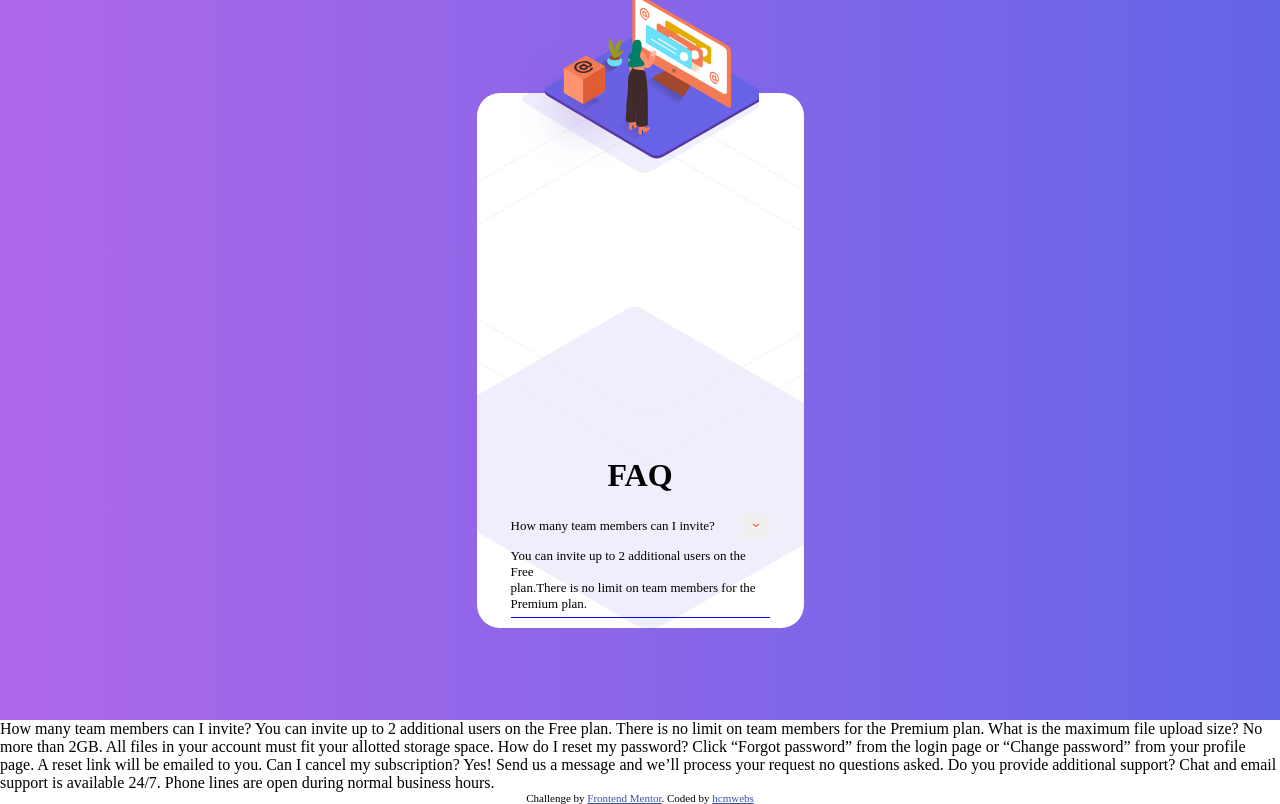
Repository: Hcmwebs/faq-accordion-card
Page: index.html
These files come from the project's save history. The page is drawn as it stood at one moment and after the next save; the edit follows.
The browser window is 1280 px wide. The pictures show the whole page.
The style sheet was rebuilt from its Sass, Less or Tailwind sources for each picture, by a compiler version that may differ from the author's.

Above is the page before, as saved 2020-11-06 10:39:46.

### index.html
<!DOCTYPE html>
<html lang="en">
  <head>
    <meta charset="UTF-8" />
    <meta name="viewport" content="width=device-width, initial-scale=1.0" />
    <!-- displays site properly based on user's device -->

    <link
      rel="icon"
      type="image/png"
      sizes="32x32"
      href="./images/favicon-32x32.png"
    />
    <link rel="stylesheet" href="css/main.min.css" />

    <title>Frontend Mentor | FAQ Accordion Card</title>

    <!-- Feel free to remove these styles or customise in your own stylesheet 👍 -->
    <style>
      .attribution {
        font-size: 11px;
        text-align: center;
      }
      .attribution a {
        color: hsl(228, 45%, 44%);
      }
    </style>
  </head>
  <body>
    <div class="container">
      <div class="card">
        <div class="card__header">
          <img
            src="/images/illustration-woman-online-mobile.svg"
            alt="image of a woman online"
          />
        </div>

        <div class="card__body">
          <h1 class="card__body--title">faq</h1>
          <div class="card__body--item">
            <div class="card__body--item--title">
              <h2>How many team members can I invite?</h2>
              <button>
                <img src="/images/icon-arrow-down.svg" alt="icon-arrow-down" />
              </button>
            </div>
            <p>
              You can invite up to 2 additional users on the Free <br />
              plan.There is no limit on team members for the Premium plan.
            </p>
            <div class="card__body--item--divider"></div>
          </div>
        </div>
      </div>
    </div>

    How many team members can I invite? You can invite up to 2 additional users
    on the Free plan. There is no limit on team members for the Premium plan.
    What is the maximum file upload size? No more than 2GB. All files in your
    account must fit your allotted storage space. How do I reset my password?
    Click “Forgot password” from the login page or “Change password” from your
    profile page. A reset link will be emailed to you. Can I cancel my
    subscription? Yes! Send us a message and we’ll process your request no
    questions asked. Do you provide additional support? Chat and email support
    is available 24/7. Phone lines are open during normal business hours.

    <div class="attribution">
      Challenge by
      <a href="https://www.frontendmentor.io?ref=challenge" target="_blank"
        >Frontend Mentor</a
      >. Coded by
      <a
        href="https://github.com/Hcmwebs/faq-accordion-card.git"
        target="_blank"
        rel="noopener noreferrer"
        >hcmwebs</a
      >
    </div>
  </body>
</html>

### scss/main.scss

// /*====fonts====*/

// @import url('https://fonts.googleapis.com/css2?family=Kumbh+Sans:wght@400;700&display=swap');

// $font-stack: 'Kumbh Sans',sans-serif;
// $font-size: 10px;
// $font-light: 400;
// $font-bold: 700;


// /*====primary color====*/
// /*====text-color====*/

// $veryDarkDesaturatedBlue: hsl(238, 29%, 16%);
// $softRed: hsl(14, 88%, 65%);

// /*====background -gradient====*/

// $gradientSoftViolet: hsl(273, 75%, 66%);
// $gradientSoftBlue: hsl(240, 73%, 65%);

// /*====Neutral color====*/
// /*====text-color====*/

// $veryDarkGrayishBlue: hsl(237, 12%, 33%);
// $darkGrayishBlue: hsl(240, 6%, 50%);

// /*====dividers-color====*/

// $dividersLightGrayishBlue: hsl(240, 5%, 91%);

@import 'variables';
@import 'mixins';


*{
  margin: 0;
  padding: 0;
  box-sizing: border-box;
}

.body{
width: 100%;
height: 100vh;
font-family: 'Kumbh Sans',sans-serif;
font-size: $font-size;
font-weight: $font-light;
@include grid($center, $center);
}

.container{
  width: 100%;
  height: 100vh;
  background: linear-gradient(90deg,$gradientSoftViolet 0%,$gradientSoftBlue 100%);
  @include flex($column, $center, $center);

  .card{
    width: 327px;
    height:535px;
    background-color: #fff;
    border-radius:23px;
    padding: 10px;
    @include flex(column,space-between,center);


    &__header{
      width: 237px;
      height: 180px;
      background-image: url(/images/bg-pattern-mobile.svg );
      background-size:contain;
      background-repeat: no-repeat;
      background-position: bottom center;
      transform: translateY(-110px);

      img{
        width: 100%;
        height: 100%;
        object-fit: cover;
      }

    }


    &__body{
      width: 100%;
      @include grid($center,$center);
      grid-template-columns: 1fr;
      gap: 20px;


      &--title{
      font-weight: $font-bold;
      font-size: 32px;
      text-transform: uppercase;
      margin: 0 auto;
      }

      &--item{
        width: 279px;
        margin: 0 auto;
        padding:0 10px;
        @include grid($center,$center);
        gap: 5px;
        cursor: pointer;
        transition: all 0.75s ease-in-out;

        &:hover{
          transform: scale(0.98);
          box-shadow: 0 2px 20px $darkGrayishBlue;
        }


        &--title{
          @include flex($row,$spaceBetween,$center);

          h2{
            font-size: 13px;
            font-weight: $font-light;
          }

          button{
            padding: 10px;
            cursor: pointer;
            border: none;
            @include grid($center,$center);
            transition: all 0.75s ease-in-out;


            img{
              width: 8px;
              height: 4px;
              display: block;
              object-fit: cover;
              color:$softRed;
              background-color:#fff;

              &:active {
                transform: rotate(90deg);
              }

            }

          }
        }

        p{
          font-size: 13px;
          margin-top: 5px;
          padding-right:10px;
          // display: none;
        }

        &--divider{
          width: 100%;
          height: 1px;
          background-color:$dividersLightGrayishBlue;
          background-color:blue;
        }
      }




    }

  }
}

@import 'medias';

### scss/_variables.scss
/*====fonts====*/

@import url('https://fonts.googleapis.com/css2?family=Kumbh+Sans:wght@400;700&display=swap');

$font-stack: 'Kumbh Sans',sans-serif;
$font-size: 10px;
$font-light: 400;
$font-bold: 700;


/*====primary color====*/
/*====text-color====*/

$veryDarkDesaturatedBlue: hsl(238, 29%, 16%);
$softRed: hsl(14, 88%, 65%);

/*====background -gradient====*/

$gradientSoftViolet: hsl(273, 75%, 66%) ;
$gradientSoftBlue: hsl(240, 73%, 65%);

/*====Neutral color====*/
/*====text-color====*/

$veryDarkGrayishBlue: hsl(237, 12%, 33%);
$darkGrayishBlue: hsl(240, 6%, 50%);

/*====dividers-color====*/

$dividersLightGrayishBlue: hsl(240, 5%, 91%);


/*====alignments====*/
$flexStart: flex-start;
$flexEnd: flex-End;
$center: center;
$spaceAround: space-around;
$spaceBetween: space-between;


/*====placeItems====*/

$placeItems: place-items;


/*====justify====*/

$justify: justify-content;

/*====align====*/
$align: align-items;

/*====direction====*/
$direction: flex-direction;
$row:row;
$column:column;

### scss/_mixins.scss
/*====grid====*/
@mixin grid ($justify,$align){

  display: grid;
  justify-content: $justify;
  align-items: $align;
}

@mixin flex ($direction, $justify, $align) {
  display: flex;
  flex-direction: $direction;
  justify-content: $justify;
  align-items: $align;

}

### scss/_medias.scss
/*====Mobile: 375px;====*/
/*====Desktop: 1440px;====*/


@media(max-width: 1440px){
  .container{
    min-width: 800px;


    .card{
      background-position: center center;
      background-repeat:no-repeat;
      background-size:cover;
      background-image:url(/images/bg-pattern-desktop.svg);
    }
  }
}

@media(max-width:375px){
  .container{
    min-width:320px;
  }
}

After the next save:
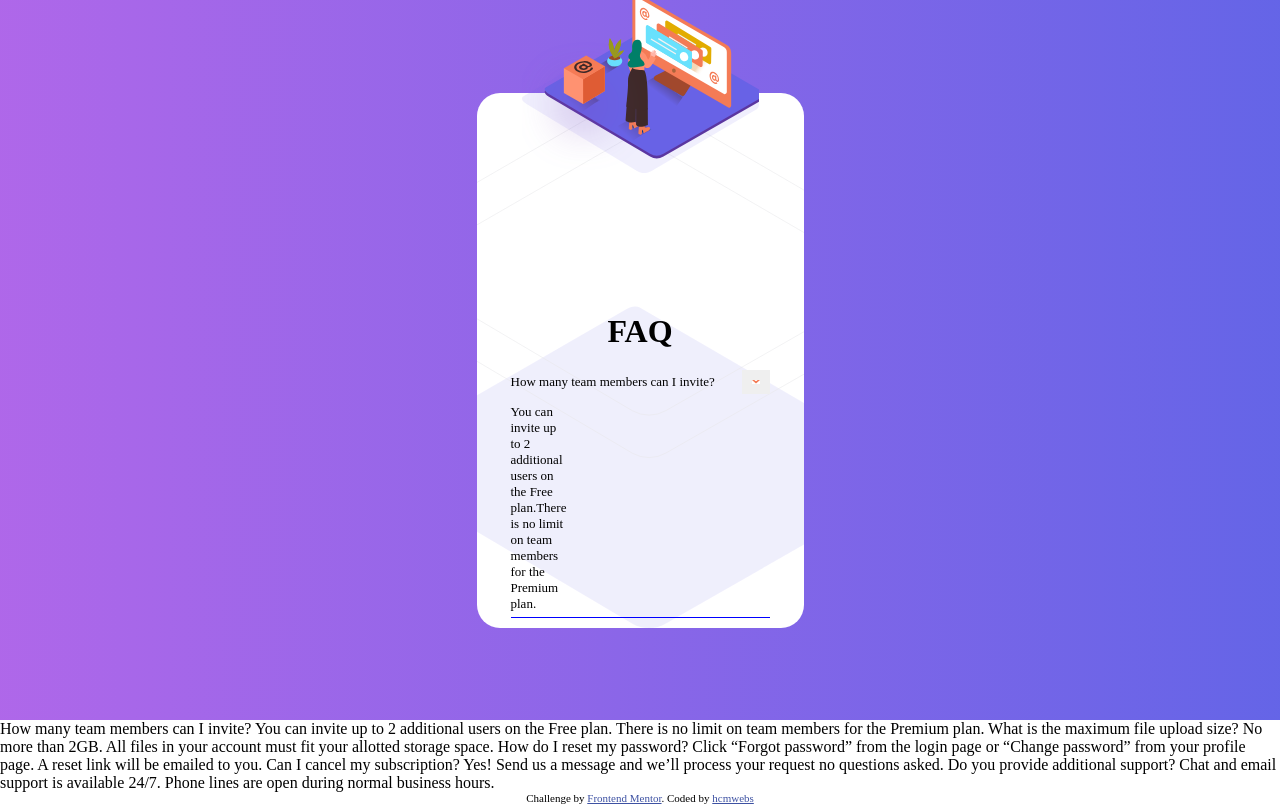
Saved 18 s later.
--- a/scss/main.scss
+++ b/scss/main.scss
@@ -147,7 +147,7 @@ font-weight: $font-light;
         p{
           font-size: 13px;
           margin-top: 5px;
-          padding-right:10px;
+          padding-right:200px;
           // display: none;
         }
 
